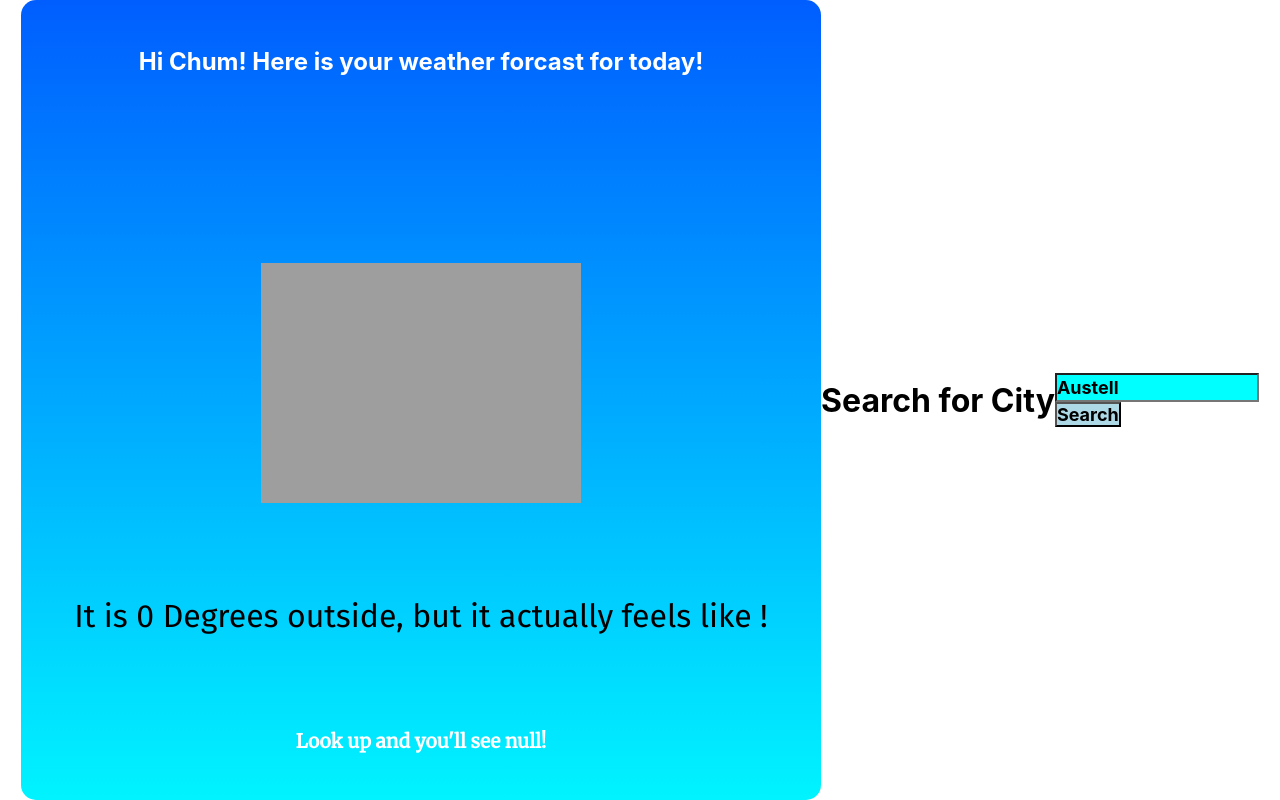
Repository: sayrilamar/chumsweatherapp
Page: /
These files come from the project's save history. The page is drawn as it stood at one moment and after the next save; the edit follows.
The browser window is 1280 px wide. The pictures show the whole page.
Pictures or frames that could not be fetched are drawn as grey boxes. The page's requests for data from a server got no answer. The project was rebuilt for these pictures with package versions that can differ from the ones it lists, and the page was loaded fresh each time. No one was signed in, and anything a server would have sent is missing.

Above is the page before, as saved 2020-04-19 08:42:15.

### src/index.css
* {
  margin: 0;
  padding: 0;
  font-family: -apple-system, BlinkMacSystemFont, 'Segoe UI', 'Roboto', 'Oxygen',
    'Ubuntu', 'Cantarell', 'Fira Sans', 'Droid Sans', 'Helvetica Neue',
    sans-serif;
  -webkit-font-smoothing: antialiased;
  -moz-osx-font-smoothing: grayscale;
}

### src/App.js
import React, {useState, useEffect} from "react";
import "./App.css";
import WeatherCard from "./components/WeatherCard/component.js";

function App() {
  const [query,
    setQuery] = useState("Austell");
  const [weather,
    setWeather] = useState({
    temp: null,
    city: null,
    condition: null,
    country: null,
    description: null,
    feels_like: null
  });

  const data = async q => {
    const apiRes = await fetch(`http://api.openweathermap.org/data/2.5/weather?q=${q}&units=imperial&APPID=ab0ef440364092f54ff821ca2b803163`);
    const resJSON = await apiRes.json();
    return resJSON;
  };

  const handleSearch = e => {
    data(query).then(res => console.log(res));
    e.preventDefault();
    data(query).then(res => {
      setWeather({
        temp: res.main.temp,
        city: res.name,
        condition: res.weather[0].main,
        country: res.sys.country,
        description: res.weather[0].description,
        feels_like: res.main.feels_like
      });
    });
  };

  // runs once the dom is loaded for the first time only, because there is no
  // variable being watched in the dependency array
  useEffect(() => {
    data(query).then(res => {
      setWeather({
        temp: res.main.temp,
        city: res.name,
        condition: res.weather[0].main,
        country: res.sys.country,
        description: res.weather[0].description,
        feels_like: res.main.feels_like
      });
    });
  }, []);

  return (
    <div className="App">
      <div>
        <WeatherCard
          temp={Math.round(weather.temp)}
          condition={weather.condition}
          city={weather.city}
          state={weather.country}
          description={weather.description}/>
      </div>
      <h1>Search for City</h1>
      <form>
        <div>
          <input
            className="input"
            value={query}
            onChange={e => setQuery(e.target.value)}/>
        </div>
        <div>
          <button className="button" onClick={e => handleSearch(e)}>
            Search
          </button>
        </div>
      </form>
    </div>
  );
}

export default App;

### src/App.css
@import url("https://fonts.googleapis.com/css?family=Merriweather|Fira+Sans&display=swap");

.App {
  margin: 0 auto;
  color: white;
  display: flex;
  justify-content: center;
  align-items: center;
}

h1 {
  color: black;
}

.input {
  background-color: aqua;
  font-weight: bold;
  height: 25px;
  width: 200px;
  font-size: large;
}

.button {
  height: fit-content;
  font-size: large;
  font-weight: bold;
  background-color: lightblue
}

### src/components/WeatherCard/component.js
import React from "react";
import styled from "@emotion/styled";
import Location from "./Location";
import Icon from "./Icon";
import Condition from "./Condition";

const WeatherCard = ({
    temp,
    condition,
    city,
    state,
    description,
    feels_like
}) => {
    let highColor = 0;
    let lowColor = 0;
    let bg = null;

    if (temp > 53.6) {
        highColor = (1 - (temp - 53.6) / 50.4) * 255;
        lowColor = highColor - 150;
        bg = `linear-gradient(
            to top,
            rgb(255, ${highColor}, 0),
            rgb(255, ${lowColor}, 0)
          )`;
    } else if (temp <= 53.6) {
        highColor = (1 - (temp + 4) / 89) * 255;
        lowColor = highColor - 150;
        bg = `linear-gradient(
            to top,
            rgb(0, ${highColor}, 255),
            rgb(0, ${lowColor}, 255)
          )`;
    }

    const Card = styled.div `
    margin: 0 auto;
    background: ${bg};
    width: 800px;
    height: 800px;
    display: flex;
    flex-direction: column;
    justify-content: space-around;
    align-items: center;
    border-radius: 15px;
  `;

    return (
        <Card>
            <h2>Hi Chum! Here is your weather forcast for today!</h2>
            <Location city={city} state={state}/>
            <Icon condition={condition}/>
            <Condition
                temp={temp}
                condition={condition}
                description={description}
                feels_like={feels_like}/>
        </Card>
    );
};

export default WeatherCard;

### src/components/WeatherCard/Location.js
import React from "react";
import styled from "@emotion/styled";

const Location = ({city, state}) => {
  const Container = styled.div `
    text-align: center;
  `;

  const City = styled.h1 `
    font-family: "Merriweather", sans-serif;
    font-size: 1.6rem;
  `;

  const Country = styled.h3 `
    font-family: "Fira Sans", sans-serif;
    font-size: 1.1rem;
  `;

  return (
    <Container>
      <City>{city}</City>
      <Country>{state}</Country>
    </Container>
  );
};

export default Location;

### src/components/WeatherCard/Icon.js
import React from "react";
import styled from "@emotion/styled";

// https://openweathermap.org/weather-conditions
const Icon = ({condition}) => {
  let icon;
  switch (condition) {
    case "Clouds":
      icon = `02d@2x`;
      break;
    case "Clear":
      icon = `01d@2x`;
      break;
    case "Haze":
      icon = `50d@2x`;
      break;
    case "Fog":
      icon = `50d@2x`;
      break;
    case "Tornado":
      icon = `50d@2x`;
      break;
    case "Dust":
      icon = `50d@2x`;
      break;
    case "Mist":
      icon = `50d@2x`;
      break;
    case "Snow":
      icon = `13d@2x`;
      break;
    case "Rain":
      icon = `10d@2x`;
      break;
    case "Drizzle":
      icon = `11d@2x`;
      break;
    case "Thunderstorm":
      icon = `11d@2x`;
      break;
    default:
      icon = ``;
      break;
  }

  const Icon = styled.img `
    width: 40%;
  `;

  return (<Icon src={`http://openweathermap.org/img/wn/${icon}.png`} alt="Weather Icon"/>);
};

export default Icon;

### src/components/WeatherCard/Condition.js
import React, {Fragment} from "react";
import styled from "@emotion/styled";

const Condition = ({temp, condition, description, feels_like}) => {
  const Temp = styled.h1 `
    font-family: "Fira Sans", sans-serif;
    font-size: 2rem;
    font-weight: 200;
  `;

  const State = styled.h3 `
    font-family: "Merriweather", sans-serif;
    font-size: 1.2rem;
  `;

  return (
    <Fragment>
      <Temp>
        It is {temp + " "}
        Degrees outside, but it actually feels like {feels_like}!
      </Temp>
      <State>{"Look up and you'll see " + description + "!"}</State>
    </Fragment>
  );
};

export default Condition;

Loaded but not shown: public/index.html (common file); src/index.js (common file); src/serviceWorker.js (common file)

After the next save:
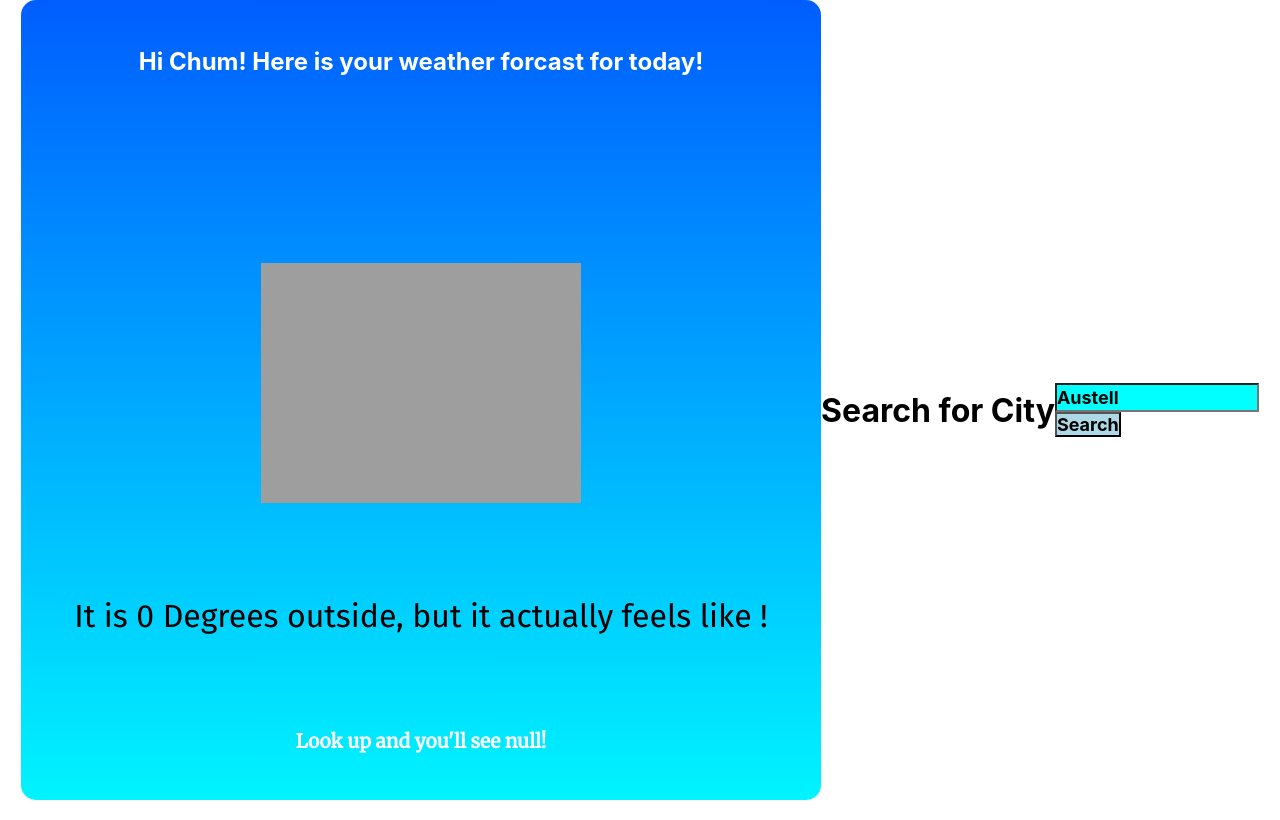
Saved 28 s later.
--- a/src/App.js
+++ b/src/App.js
@@ -60,6 +60,7 @@
           city={weather.city}
           state={weather.country}
           description={weather.description}/>
+        feels_like={weather.feels_like}
       </div>
       <h1>Search for City</h1>
       <form>

After the save that followed:
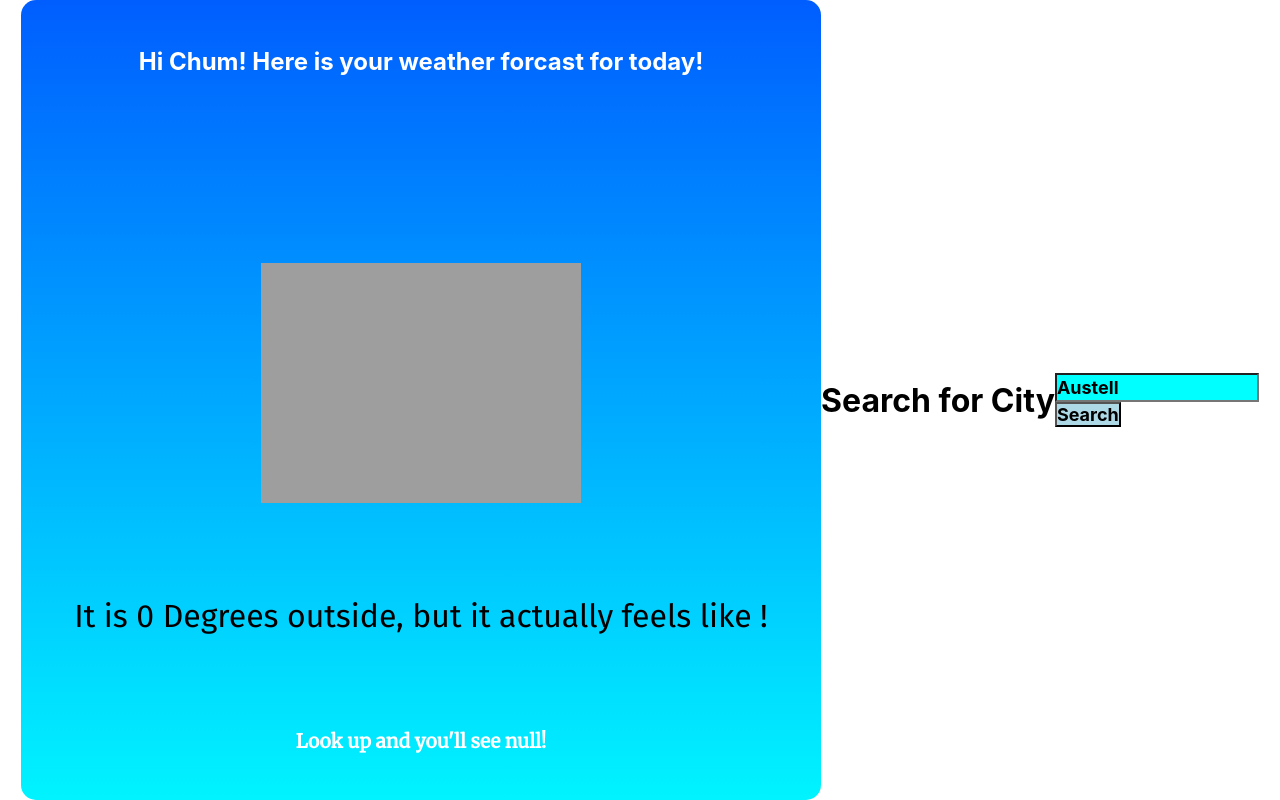
Saved 10 s later.
--- a/src/App.js
+++ b/src/App.js
@@ -59,8 +59,8 @@
           condition={weather.condition}
           city={weather.city}
           state={weather.country}
-          description={weather.description}/>
-        feels_like={weather.feels_like}
+          description={weather.description}
+          feels_like={weather.feels_like}/>
       </div>
       <h1>Search for City</h1>
       <form>
